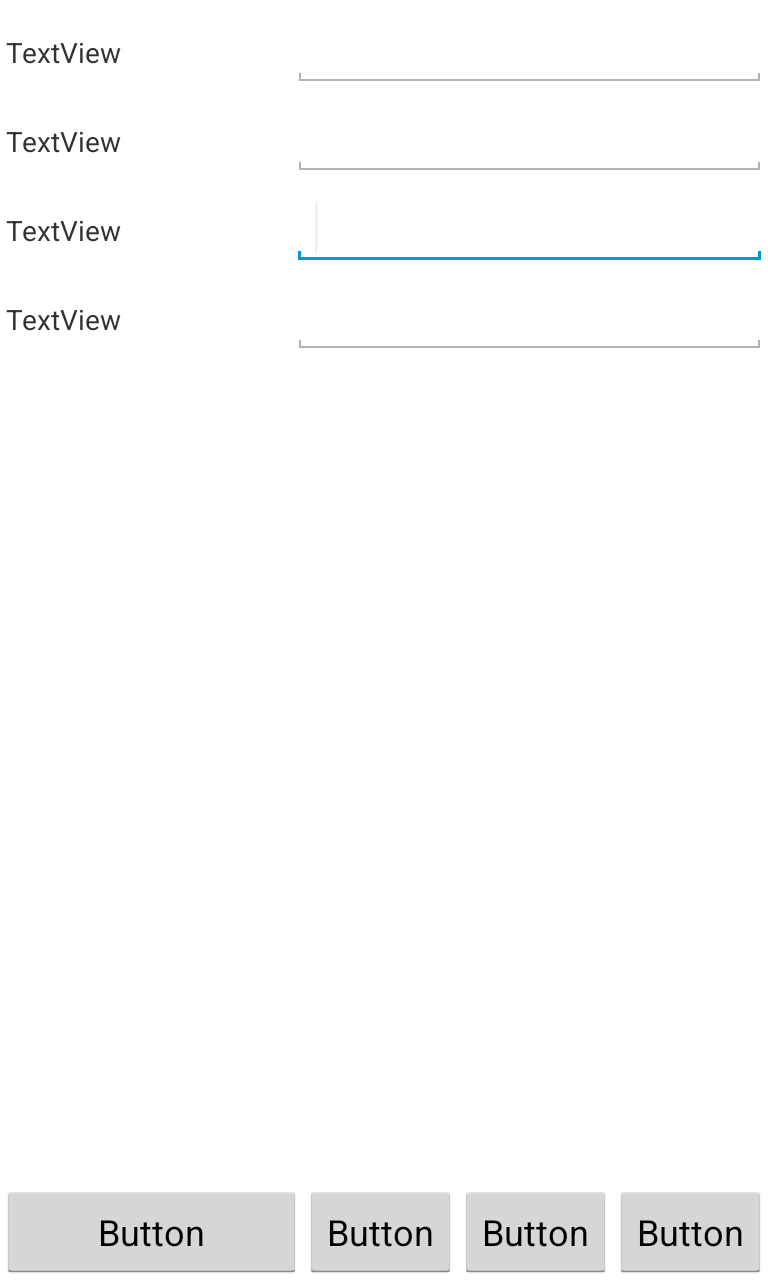
Repository: AungWinnHtut/Android
Layout: mywork1/Sale_system/res/layout/activity_main.xml
An editor plug-in stored every save of this project. The layout is shown before and after the next save, followed by the edit.
It is drawn on a 768 x 1280 px phone screen (xhdpi) without system bars, with theme AppTheme; the app's code is not run.

Above is the layout before, as saved 2015-07-12 04:24:44.

### mywork1/Sale_system/res/layout/activity_main.xml
<LinearLayout xmlns:android="http://schemas.android.com/apk/res/android"
    xmlns:tools="http://schemas.android.com/tools"
    android:id="@+id/LinearLayout1"
    android:layout_width="match_parent"
    android:layout_height="match_parent"
    android:orientation="vertical" >




    <LinearLayout
        android:layout_width="match_parent"
        android:layout_height="wrap_content"
        android:layout_marginLeft="3dp"
        android:layout_marginTop="5dp"
        android:orientation="horizontal" >

        <TextView
            android:id="@+id/textView1"
            android:layout_width="0dp"
            android:layout_height="wrap_content"
            android:layout_weight="0.3"
            android:text="TextView" />

        <EditText
            android:id="@+id/editText1"
            android:layout_width="0dp"
            android:layout_weight="0.5
            "
            android:layout_height="wrap_content"
            android:ems="10" />

    </LinearLayout>




    <LinearLayout
        android:layout_width="match_parent"
        android:layout_height="wrap_content"
        android:layout_marginLeft="3dp"
        android:layout_marginTop="5dp"
        android:orientation="horizontal" >

        <TextView
            android:id="@+id/textView2"
            android:layout_width="0dp"
            android:layout_height="wrap_content"
            android:layout_weight="0.3"
            android:text="TextView" />

        <EditText
            android:id="@+id/editText2"
            android:layout_width="0dp"
            android:layout_height="wrap_content"
            android:layout_weight="0.5"
            android:ems="10" />

    </LinearLayout>




    <LinearLayout
        android:layout_width="match_parent"
        android:layout_height="wrap_content"
        android:layout_marginLeft="3dp"
        android:layout_marginTop="5dp"
        android:orientation="horizontal" >

        <TextView
            android:id="@+id/textView3"
            android:layout_width="0dp"
                  android:layout_weight="0.3"
            android:layout_height="wrap_content"
            android:text="TextView" />

        <EditText
            android:id="@+id/editText3"

            android:layout_height="wrap_content"
       android:layout_weight="0.5"
            android:ems="10" >

            <requestFocus />
        </EditText>

    </LinearLayout>





    <LinearLayout
        android:layout_width="match_parent"
        android:layout_height="wrap_content"
        android:layout_marginLeft="3dp"
        android:layout_marginTop="5dp"
        android:orientation="horizontal" >

        <TextView
            android:id="@+id/textView4"
         android:layout_width="0dp"
            android:layout_height="wrap_content"
                  android:layout_weight="0.3"
            android:text="TextView" />

        <EditText
            android:id="@+id/editText4"

            android:layout_height="wrap_content"
            android:layout_weight="0.5"
            android:ems="10" />

    </LinearLayout>


















    <LinearLayout
        android:layout_width="match_parent"
        android:layout_height="match_parent"
        android:layout_gravity="bottom" >


        <Button
            android:id="@+id/button2"
            android:layout_width="0dp"
            android:layout_height="wrap_content"
            android:layout_gravity="bottom"
                  android:layout_weight="0.1"
            android:text="Button" />


        <Button
            android:id="@+id/button1"
            android:layout_width="wrap_content"
            android:layout_height="wrap_content"
            android:layout_gravity="bottom"
            android:text="Button" />


        <Button
            android:id="@+id/button3"
            android:layout_width="wrap_content"
            android:layout_height="wrap_content"
            android:layout_gravity="bottom"
            android:text="Button" />


        <Button
            android:id="@+id/button4"
            android:layout_width="wrap_content"
            android:layout_height="wrap_content"
            android:layout_gravity="bottom"
            android:text="Button" />

    </LinearLayout>

</LinearLayout>

Loaded but not shown: mywork1/Sale_system/res/values-v11/styles.xml (common file); mywork1/Sale_system/res/values-v14/styles.xml (common file); mywork1/Sale_system/res/values/styles.xml (common file)

After the next save:
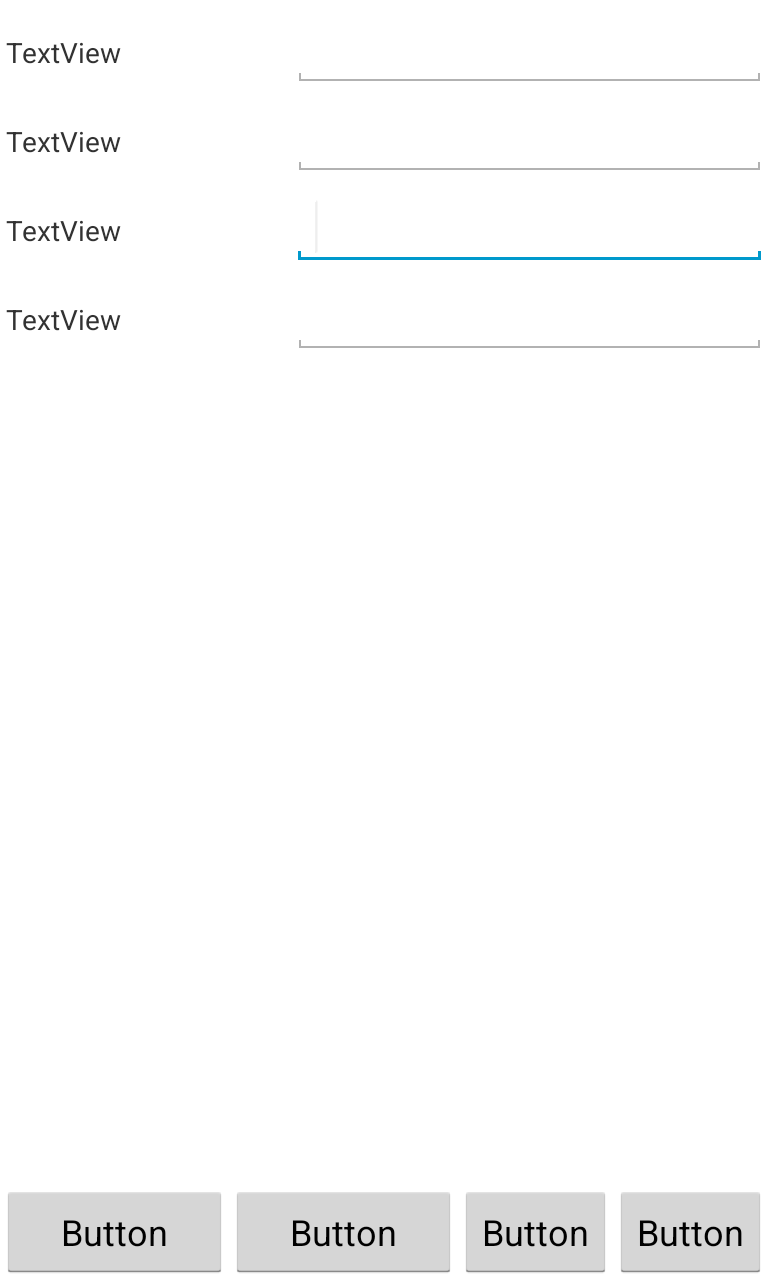
Saved 26 s later.
--- a/mywork1/Sale_system/res/layout/activity_main.xml
+++ b/mywork1/Sale_system/res/layout/activity_main.xml
@@ -148,9 +148,10 @@
 
         <Button
             android:id="@+id/button1"
-            android:layout_width="wrap_content"
+            android:layout_width="0dp"
             android:layout_height="wrap_content"
             android:layout_gravity="bottom"
+                  android:layout_weight="0.1"
             android:text="Button" />
 
 
